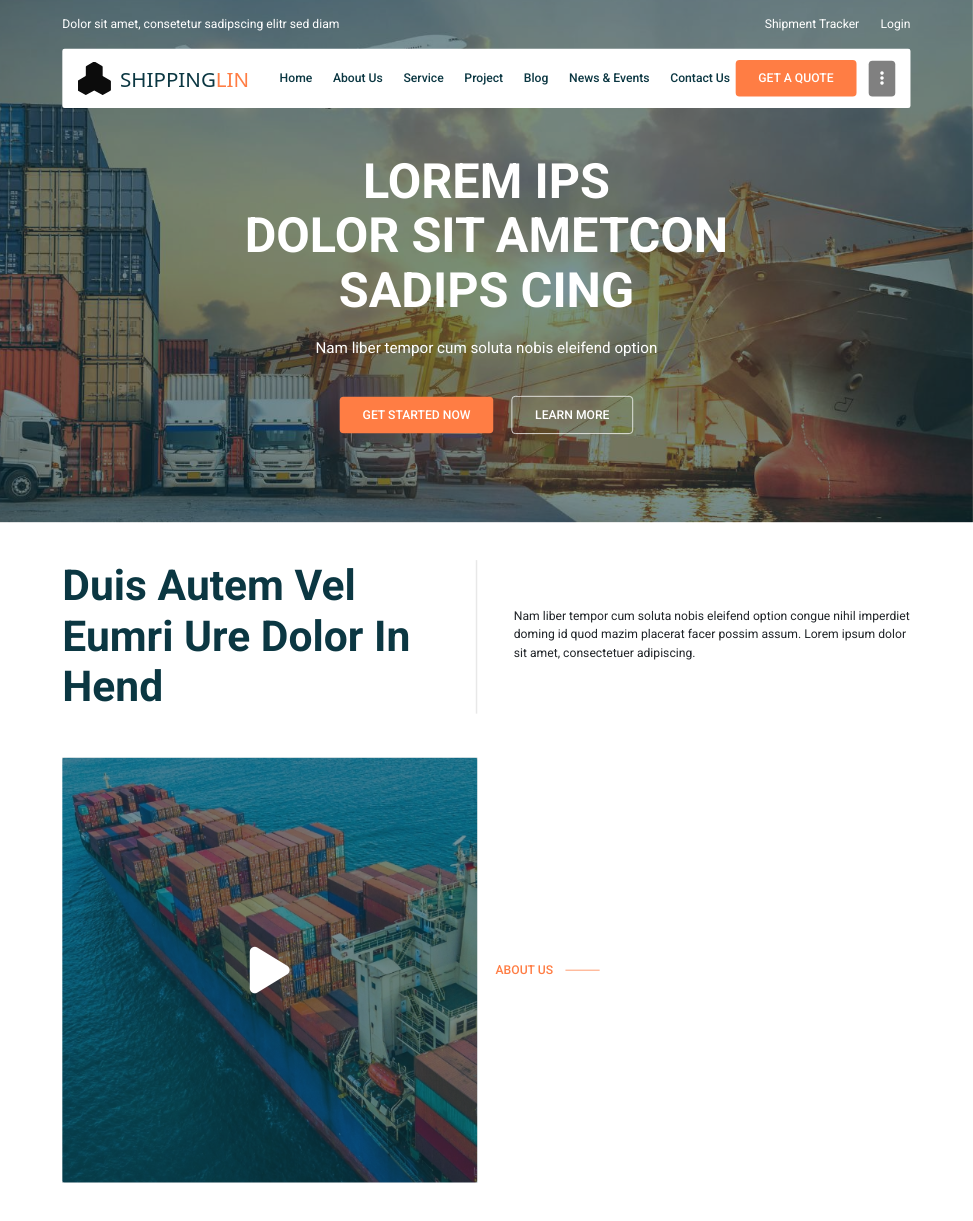
Repository: nazmulalok/shipping-template
Page: index.html
The author's editor kept a copy of each file at every save. The page is drawn from the files as they stood at one save, then again after the next save.
The browser window is 1280 px wide. The pictures show the whole page, at 76% of full size.

Above is the page before, as saved 2022-10-03 23:13:03.

After the next save:
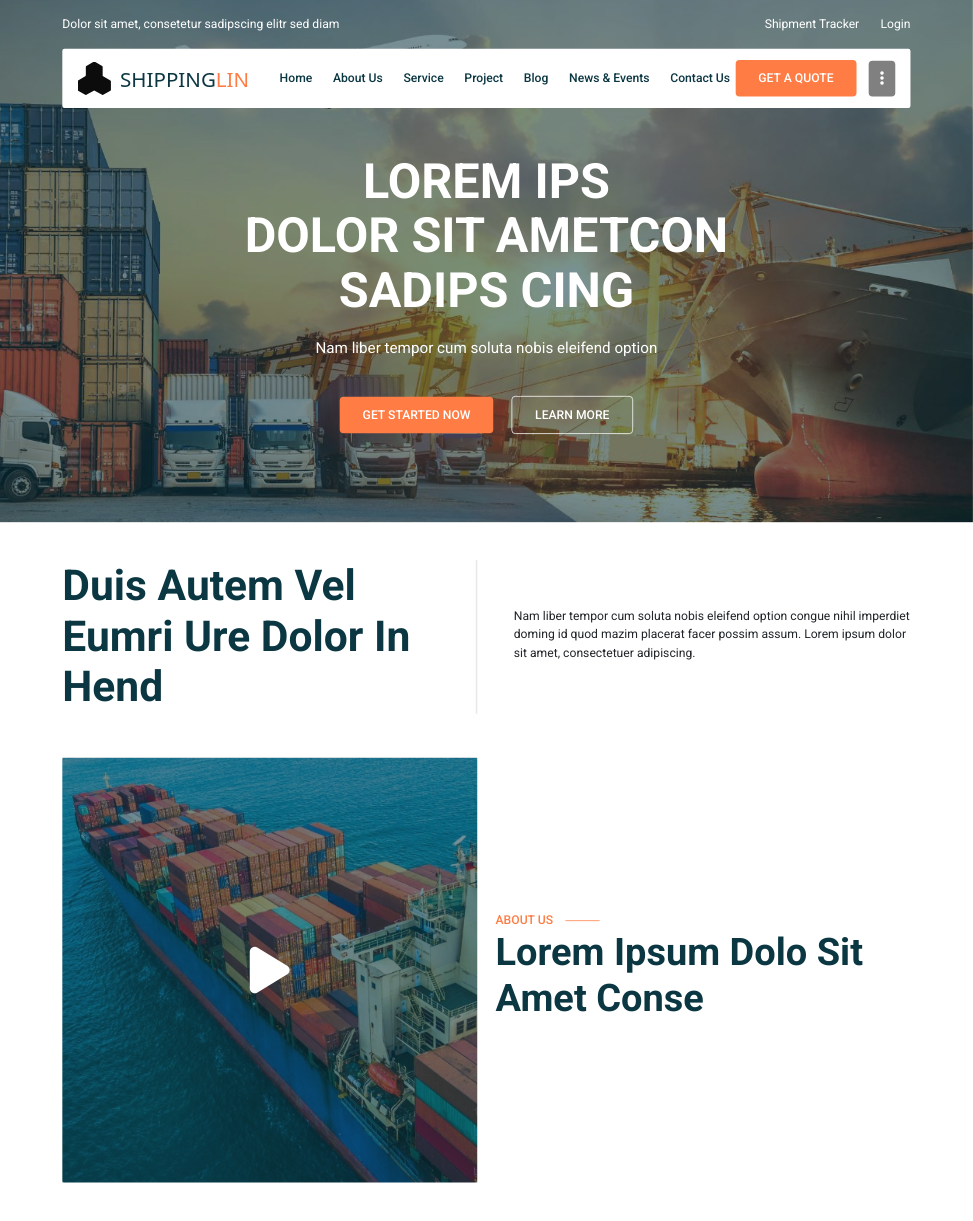
Saved 52 s later.
--- a/index.html
+++ b/index.html
@@ -94,6 +94,8 @@
                     </div>
                     <div class="col-lg-6">
                         <span class="sp-title">About Us</span>
+                        <h2>Lorem Ipsum Dolo
+                            Sit Amet Conse</h2>
                     </div>
                 </div>
             </div>
